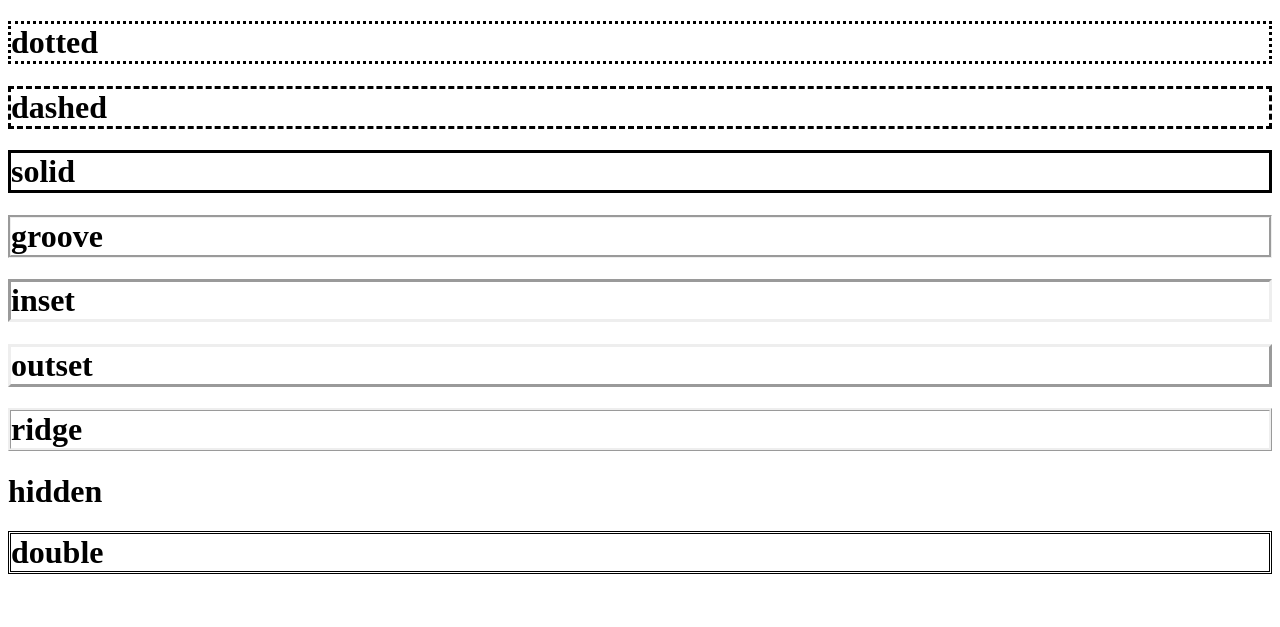
Repository: KimHeonSeung/TJE_HTML
Page: sources/day_04/WebContent/border_style.html
The author's editor kept a copy of each file at every save. The page is drawn from the files as they stood at one save, then again after a run of saves.
The browser window is 1280 px wide. The pictures show the whole page.

Above is the page before, as saved 2019-05-15 01:22:40.

After the next 2 saves:
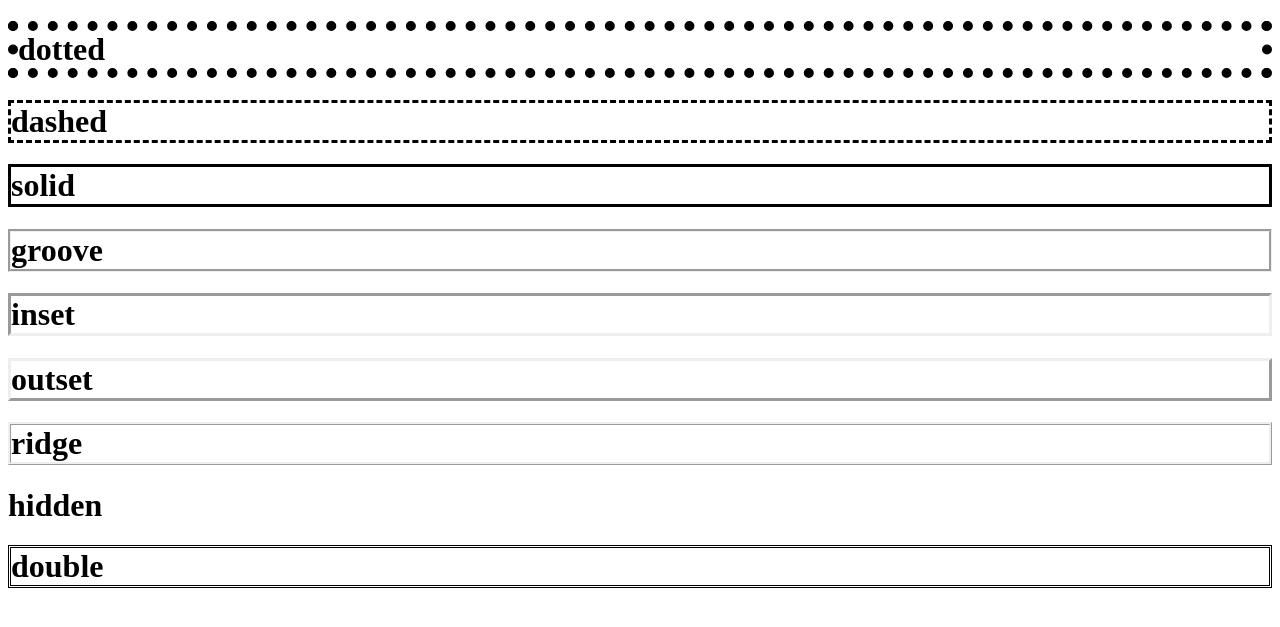
The 2 saves are shown as one change because they came seconds apart.
The last was saved 14 s later.
--- a/sources/day_04/WebContent/border_style.html
+++ b/sources/day_04/WebContent/border_style.html
@@ -6,6 +6,7 @@
 <style>
 #dot {
 	border-style: dotted;
+	border-width: 10px;
 }
 
 #dash {
